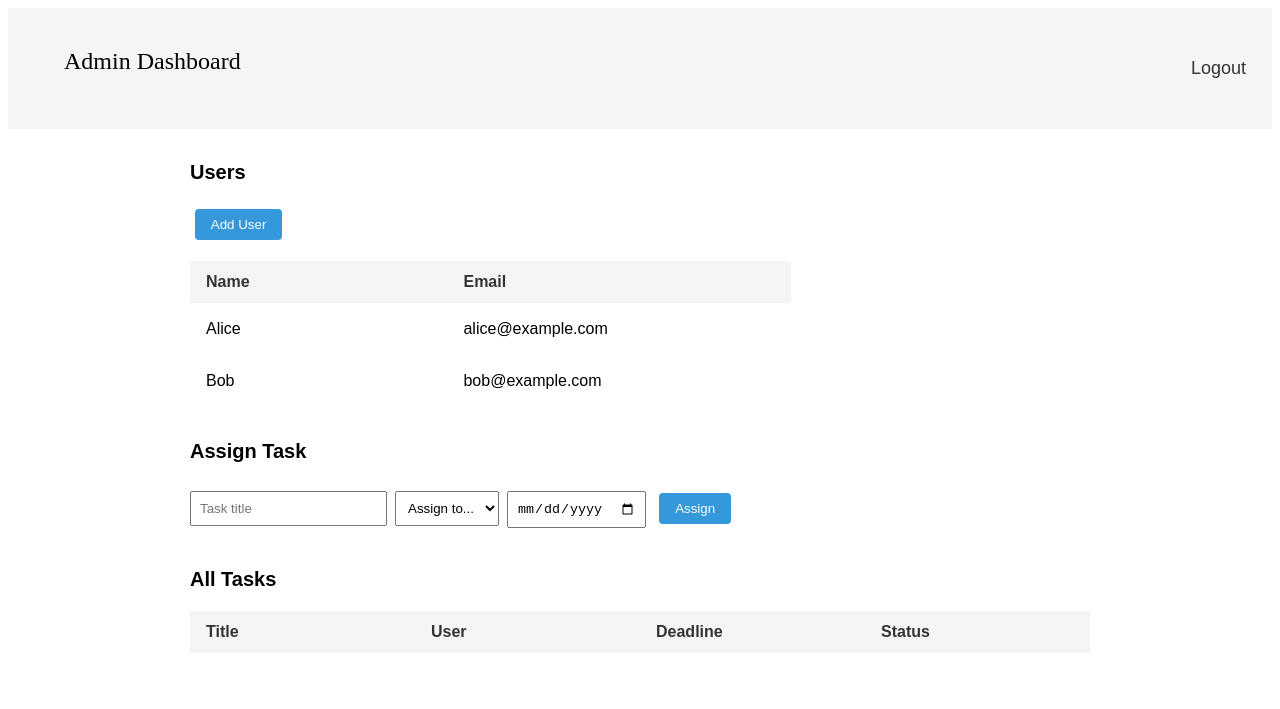
Repository: Edmund-Kiama/todoPHP
Page: /admin (app in task-manager-frontend/)
These files come from the project's save history. The page is drawn as it stood at one moment and after the next save; the edit follows.
The browser window is 1280 px wide. The pictures show the whole page.
The project was rebuilt for these pictures with package versions that can differ from the ones it lists, and the page was loaded fresh each time. Also part of the build but not shown: task-manager-frontend/vite.config.js, task-manager-frontend/src/components/Login/login.css, task-manager-frontend/src/components/Login/Login.vue, task-manager-frontend/src/components/User/UserDashboard.vue.

Above is the page before, as saved 2025-07-12 21:28:55.

After the next save:
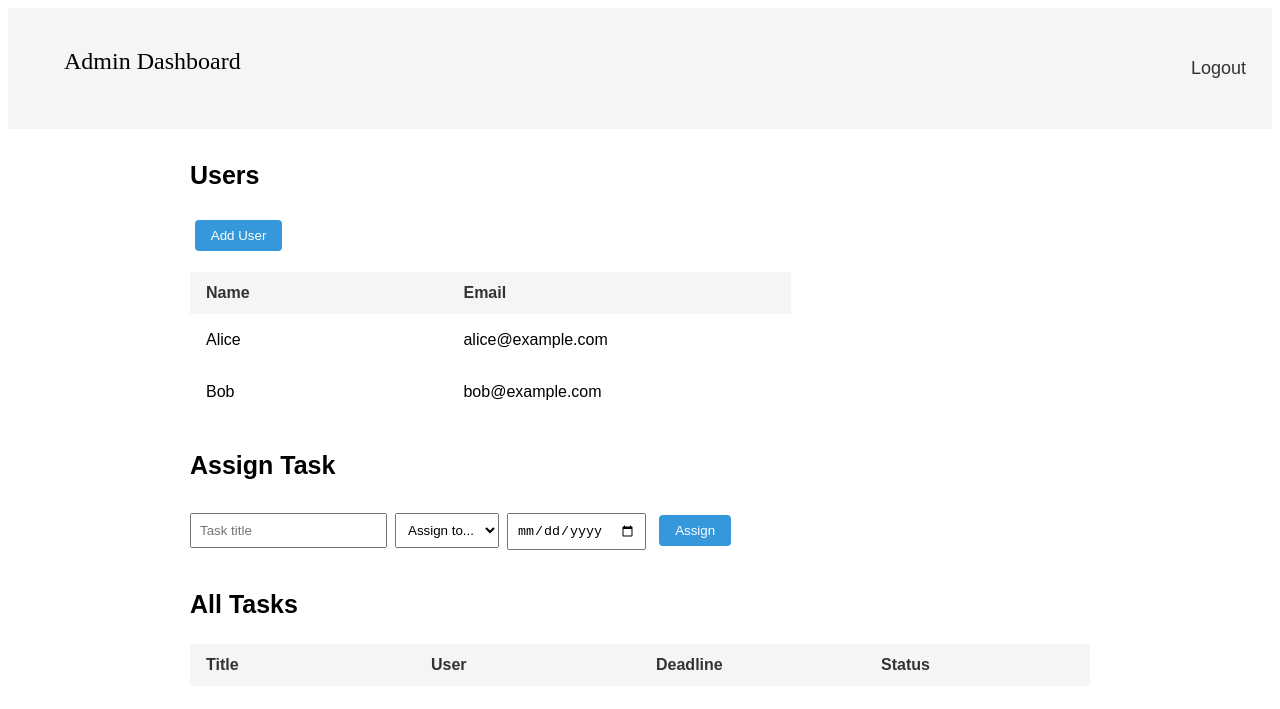
Saved 4 s later.
--- a/task-manager-frontend/src/components/Admin/admin.css
+++ b/task-manager-frontend/src/components/Admin/admin.css
@@ -4,7 +4,7 @@
   font-family: Arial, sans-serif;
 }
 .admin-dashboard h3{
-  font-size: 20px;
+  font-size: 25px;
 }
 .admin-dashboard .section {
   margin-top: 2rem;

After the save that followed:
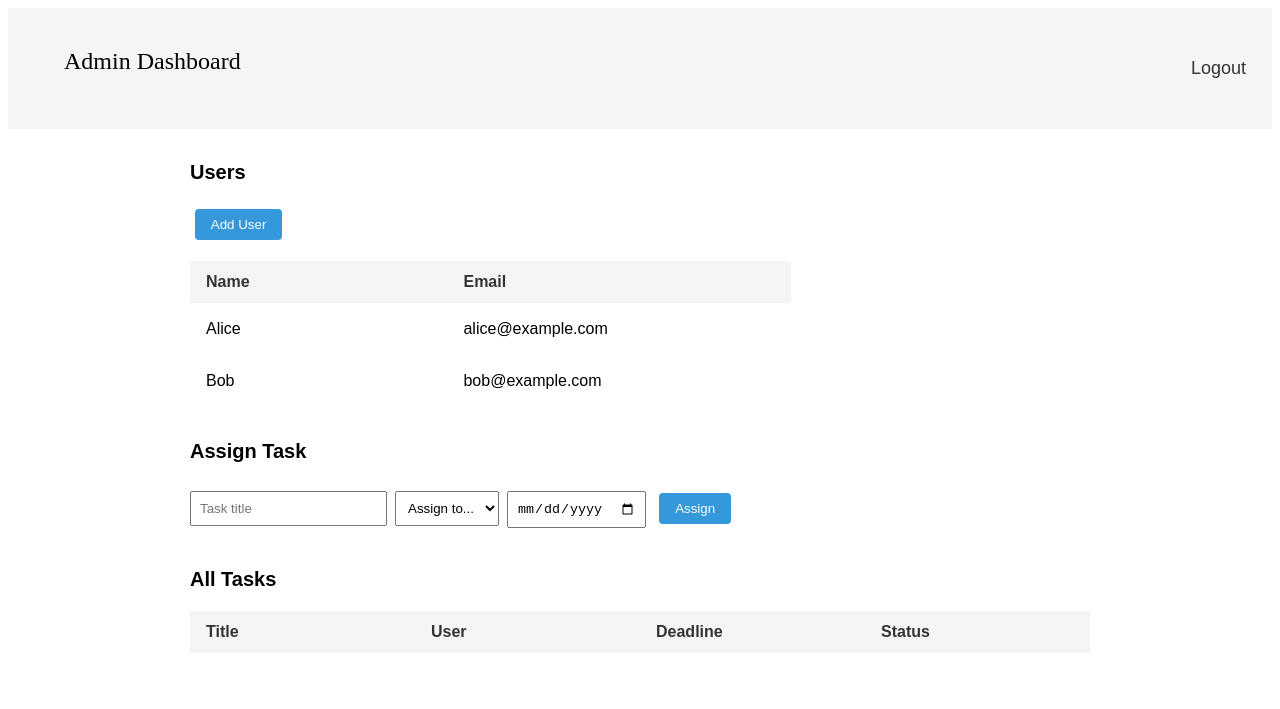
Saved 4 s later.
--- a/task-manager-frontend/src/components/Admin/admin.css
+++ b/task-manager-frontend/src/components/Admin/admin.css
@@ -4,7 +4,7 @@
   font-family: Arial, sans-serif;
 }
 .admin-dashboard h3{
-  font-size: 25px;
+  font-size: 20px;
 }
 .admin-dashboard .section {
   margin-top: 2rem;
